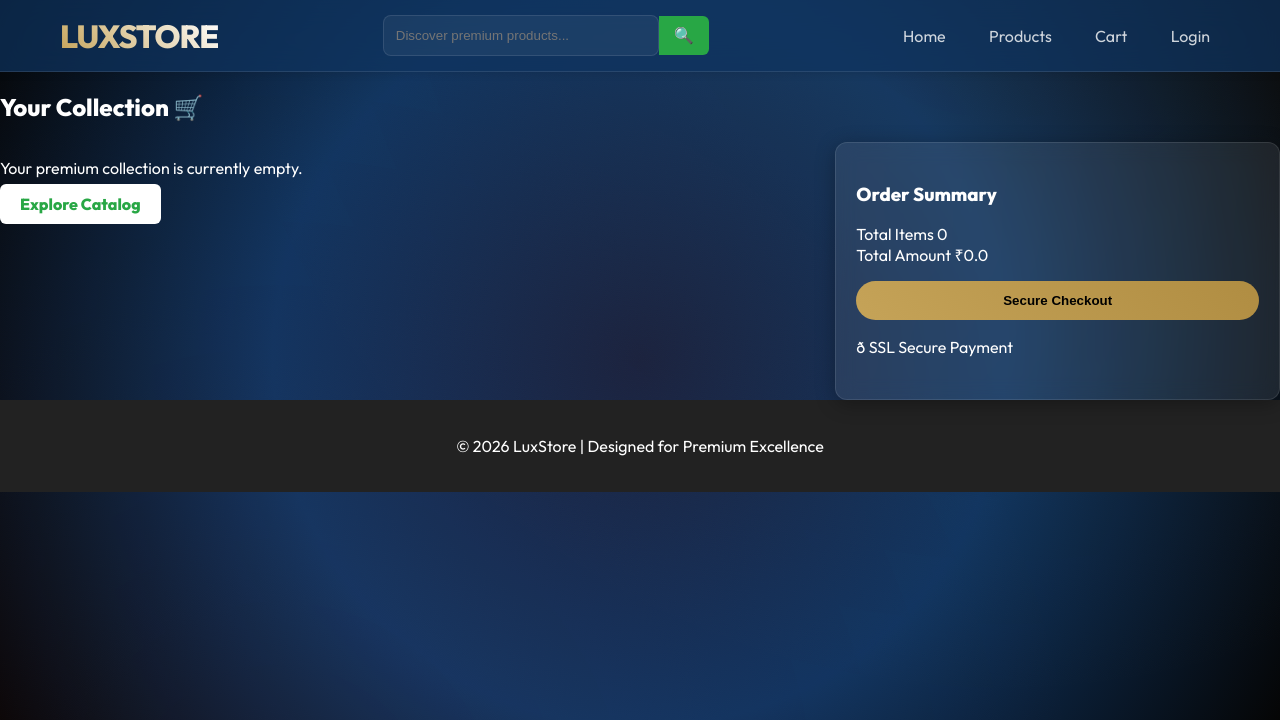
Repository: pradeepkumarh-17/Ecommerce
Page: http://localhost/EcomStore/cart
The author's editor kept a copy of each file at every save. The page is drawn from the files as they stood at one save, then again after the next save.
The browser window is 1280 px wide. The pictures show the whole page.
Some web libraries are served in a nearby version. The page is served by Tomcat 10. Other server files are loaded and not shown.

Above is the page before, as saved 2026-05-03 08:20:30.

### EcomStore/src/main/webapp/views/cart/cart.jsp
<%@ page import="java.util.*, com.ecommerce.dao.*, com.ecommerce.dao.impl.*, com.ecommerce.model.Product" %>
<%@ include file="../partials/header.jsp" %>

<link rel="stylesheet" href="/EcomStore/assets/css/cart.css">

<div class="container-3d">
    <div class="container">

    <h2 class="section-title">Your Collection &#128722;</h2>

    <div class="cart-layout">

        <!-- LEFT SIDE -->
        <div class="cart-items">

        <%
            Map<Integer, Integer> cart = (Map<Integer, Integer>) session.getAttribute("cart");
            ProductDAO dao = new ProductDAOImpl();
            double total = 0;

            if (cart != null && !cart.isEmpty()) {
                for (Map.Entry<Integer, Integer> entry : cart.entrySet()) {
                    int productId = entry.getKey();
                    int qty = entry.getValue();
                    Product p = dao.getProductById(productId);
                    double price = p.getPrice();
                    double sub = price * qty;
                    total += sub;
        %>

        <div class="cart-card glass-panel">

            <div class="cart-img-wrapper">
                <img src="<%= p.getImageUrl() %>" onerror="this.src='https://picsum.photos/100'">
            </div>

            <div class="cart-info">
                <h3><%= p.getName() %></h3>
                <p class="price">&#8377;<%= price %></p>
                <div class="qty-badge">Quantity: <span><%= qty %></span></div>
                <a class="remove-btn" href="/EcomStore/remove-item?id=<%= productId %>">Remove Item</a>
            </div>

            <div class="subtotal">
                <span class="label">Subtotal</span>
                <span class="value">&#8377;<%= sub %></span>
            </div>

        </div>

        <%
                }
            } else {
        %>

        <div class="empty-cart glass-panel">
            <p>Your premium collection is currently empty.</p>
            <a href="/EcomStore/product" class="btn">Explore Catalog</a>
        </div>

        <%
            }
        %>

        </div>

        <!-- RIGHT SIDE -->
        <div class="cart-summary glass-panel">

            <h3>Order Summary</h3>

            <div class="summary-details">
                <div class="summary-row">
                    <span>Total Items</span>
                    <span><%= (cart != null) ? cart.size() : 0 %></span>
                </div>
                <div class="summary-row total">
                    <span>Total Amount</span>
                    <span>&#8377;<%= total %></span>
                </div>
            </div>

            <a href="/EcomStore/checkout">
                <button class="cart-btn big-btn checkout-btn">Secure Checkout</button>
            </a>

            <div class="security-note">
                <p>🔒 SSL Secure Payment</p>
            </div>

        </div>

    </div>

    </div>
</div>

<%@ include file="../partials/footer.jsp" %>

### EcomStore/src/main/webapp/views/partials/header.jsp
<%@ page contentType="text/html; charset=UTF-8" %>

<!DOCTYPE html>
<html lang="en">
<head>
    <meta charset="UTF-8">
    <meta name="viewport" content="width=device-width, initial-scale=1.0">
    <title>LuxCommerce | Premium E-Store</title>

    <!-- Google Fonts -->
    <link rel="preconnect" href="https://fonts.googleapis.com">
    <link rel="preconnect" href="https://fonts.gstatic.com" crossorigin>
    <link href="https://fonts.googleapis.com/css2?family=Outfit:wght@300;400;600;800&display=swap" rel="stylesheet">

    <!-- ✅ CSS LINKS -->
    <link rel="stylesheet" href="<%= request.getContextPath() %>/assets/css/style.css">
    <link rel="stylesheet" href="<%= request.getContextPath() %>/assets/css/modern-ui.css">

    <!-- GSAP for Animations -->
    <script src="https://cdnjs.cloudflare.com/ajax/libs/gsap/3.12.2/gsap.min.js"></script>
    <script src="https://cdnjs.cloudflare.com/ajax/libs/gsap/3.12.2/ScrollTrigger.min.js"></script>
</head>

<body>

<header class="header">
    <div class="logo">LUX<span>STORE</span></div>

    <div class="search-bar">
        <form action="<%= request.getContextPath() %>/product" method="GET">
            <input type="text" name="search" placeholder="Discover premium products...">
            <button type="submit">🔍</button>
        </form>
    </div>

    <nav class="nav-links">
        <a href="<%= request.getContextPath() %>/views/user/home.jsp">Home</a>
        <a href="<%= request.getContextPath() %>/product">Products</a>
        <a href="<%= request.getContextPath() %>/cart">Cart</a>
        <a href="<%= request.getContextPath() %>/login" class="login-btn">Login</a>
    </nav>
</header>

### EcomStore/src/main/webapp/views/partials/footer.jsp
<footer class="footer">
    <div class="footer-content">
        <p>&copy; 2026 LuxStore | Designed for Premium Excellence</p>
    </div>
</footer>

<!-- Modern UI Logic -->
<script src="<%= request.getContextPath() %>/assets/js/modern-ui.js"></script>

</body>
</html>

### EcomStore/src/main/java/com/ecommerce/controller/CartController.java
package com.ecommerce.controller;

import jakarta.servlet.*;
import jakarta.servlet.http.*;
import jakarta.servlet.annotation.WebServlet;
import java.io.IOException;
import java.util.*;

@WebServlet("/cart")
public class CartController extends HttpServlet {

    // ================= VIEW CART =================
    protected void doGet(HttpServletRequest req, HttpServletResponse res)
            throws ServletException, IOException {

        HttpSession session = req.getSession();

        Map<Integer, Integer> cart =
                (Map<Integer, Integer>) session.getAttribute("cart");

        if (cart == null) {
            cart = new HashMap<>();
        }

        req.setAttribute("cartItems", cart);

        RequestDispatcher rd = req.getRequestDispatcher("views/cart/cart.jsp");
        rd.forward(req, res);
    }

    // ================= ADD TO CART =================
    protected void doPost(HttpServletRequest req, HttpServletResponse res)
            throws ServletException, IOException {

        int productId = Integer.parseInt(req.getParameter("productId"));

        HttpSession session = req.getSession();

        Map<Integer, Integer> cart =
                (Map<Integer, Integer>) session.getAttribute("cart");

        if (cart == null) {
            cart = new HashMap<>();
        }

        // 👉 Increase quantity
        cart.put(productId, cart.getOrDefault(productId, 0) + 1);

        session.setAttribute("cart", cart);

        System.out.println("Cart Updated: " + cart);

        res.sendRedirect("/EcomStore/product");
    }
}

### EcomStore/src/main/java/com/ecommerce/dao/impl/ProductDAOImpl.java
package com.ecommerce.dao.impl;

import com.ecommerce.dao.ProductDAO;
import com.ecommerce.model.Product;
import com.ecommerce.util.DBConnection;

import java.sql.*;
import java.util.ArrayList;
import java.util.List;

public class ProductDAOImpl implements ProductDAO {

    // ================= GET ALL =================
    @Override
    public List<Product> getAllProducts() {

        List<Product> list = new ArrayList<>();

        Connection con = DBConnection.getConnection();

        if (con == null) {
            System.out.println("❌ Connection is NULL in getAllProducts()");
            return list; // return empty list safely
        }

        try (Statement st = con.createStatement();
             ResultSet rs = st.executeQuery("SELECT * FROM products")) {

            while (rs.next()) {
                list.add(mapProduct(rs));
            }

        } catch (Exception e) {
            e.printStackTrace();
        }

        return list;
    }

    // ================= CATEGORY =================
    @Override
    public List<Product> getProductsByCategory(int categoryId) {

        List<Product> list = new ArrayList<>();

        Connection con = DBConnection.getConnection();

        if (con == null) {
            System.out.println("❌ Connection is NULL in getProductsByCategory()");
            return list;
        }

        try (PreparedStatement ps = con.prepareStatement(
                "SELECT * FROM products WHERE category_id = ?")) {

            ps.setInt(1, categoryId);
            ResultSet rs = ps.executeQuery();

            while (rs.next()) {
                list.add(mapProduct(rs));
            }

        } catch (Exception e) {
            e.printStackTrace();
        }

        return list;
    }

    // ================= BY ID =================
    @Override
    public Product getProductById(int productId) {

        Connection con = DBConnection.getConnection();

        if (con == null) {
            System.out.println("❌ Connection is NULL in getProductById()");
            return null;
        }

        try (PreparedStatement ps = con.prepareStatement(
                "SELECT * FROM products WHERE product_id = ?")) {

            ps.setInt(1, productId);
            ResultSet rs = ps.executeQuery();

            if (rs.next()) {
                return mapProduct(rs);
            }

        } catch (Exception e) {
            e.printStackTrace();
        }

        return null;
    }

    // ================= FILTER =================
    @Override
    public List<Product> filterProducts(String search, String category, String gender, String price) {

        List<Product> list = new ArrayList<>();

        Connection con = DBConnection.getConnection();

        if (con == null) {
            System.out.println("❌ Connection is NULL in filterProducts()");
            return list;
        }

        StringBuilder query = new StringBuilder("SELECT * FROM products WHERE 1=1");

        if (search != null && !search.isEmpty()) {
            query.append(" AND product_name LIKE ?");
        }

        if (category != null && !category.isEmpty()) {
            query.append(" AND category_id = ?");
        }

        if (gender != null && !gender.isEmpty()) {
            query.append(" AND gender = ?");
        }

        if ("1".equals(price)) {
            query.append(" AND price < 500");
        } else if ("2".equals(price)) {
            query.append(" AND price BETWEEN 500 AND 1500");
        } else if ("3".equals(price)) {
            query.append(" AND price > 1500");
        }

        try (PreparedStatement ps = con.prepareStatement(query.toString())) {

            int index = 1;

            if (search != null && !search.isEmpty()) {
                ps.setString(index++, "%" + search + "%");
            }

            if (category != null && !category.isEmpty()) {
                ps.setInt(index++, Integer.parseInt(category));
            }

            if (gender != null && !gender.isEmpty()) {
                ps.setString(index++, gender);
            }

            ResultSet rs = ps.executeQuery();

            while (rs.next()) {
                list.add(mapProduct(rs));
            }

        } catch (Exception e) {
            e.printStackTrace();
        }

        return list;
    }

    // ================= MAPPER =================
    private Product mapProduct(ResultSet rs) throws SQLException {

        Product p = new Product();

        p.setProductId(rs.getInt("product_id"));
        p.setName(rs.getString("product_name"));
        p.setPrice(rs.getDouble("price"));
        p.setImageUrl(rs.getString("image_url"));

        return p;
    }
}

### EcomStore/src/main/webapp/assets/css/style.css
/* ================= GLOBAL ================= */
body {
    margin: 0;
    font-family: 'Segoe UI', sans-serif;
    background: #8080ff;
}

/* ================= HEADER ================= */
.header {
    display: flex;
    justify-content: space-between;
    align-items: center;
    padding: 15px 40px;
    background: white;
    box-shadow: 0 2px 8px rgba(0,0,0,0.1);
}

.logo {
    font-size: 26px;
    font-weight: bold;
    color: #28a745;
}

/* SEARCH BAR FIX */
.search-bar form {
    display: flex;
    align-items: center;
}

.search-bar input {
    padding: 10px;
    width: 250px;
    border: 1px solid #ddd;
    border-radius: 6px 0 0 6px;
    outline: none;
}

.search-bar button {
    padding: 10px 15px;
    border: none;
    background: #28a745;
    color: white;
    border-radius: 0 6px 6px 0;
    cursor: pointer;
    font-size: 16px;
}

/* NAV */
.nav-links a {
    margin-left: 20px;
    text-decoration: none;
    color: #333;
    font-weight: 500;
}

.nav-links a:hover {
    color: #28a745;
}

/* ================= HERO ================= */
.hero {
    background: linear-gradient(rgba(0,0,0,0.4), rgba(0,0,0,0.4)),
    url("/EcomStore/assets/images/download(3).jpeg");

    background-size: cover;
    background-position: center;
    background-repeat: no-repeat;

    height: 320px;
    margin: 20px;
    border-radius: 15px;

    display: flex;
    justify-content: center;
    align-items: center;
    text-align: center;
    color: #ff8040;
}

.hero h1 {
    font-size: 42px;
    margin-bottom: 12px;
    justify-content: center;
    align-items: center;
    text-align: center;
    color: #ff8000;

}

.hero p {
    font-size: 18px;
}

.btn {
    padding: 10px 20px;
    background: white;
    color: #28a745;
    border-radius: 6px;
    text-decoration: none;
    font-weight: bold;
}

/* ================= CATEGORY ================= */
.categories {
    padding: 40px 0;
    text-align: center;
}

.category-grid {
    display: flex;
    justify-content: center;
    gap: 25px;
    margin-top: 20px;
}

.category-card {
    background: white;
    padding: 15px 30px;
    border-radius: 12px;
    text-decoration: none;
    color: #333;
    font-weight: 500;
    box-shadow: 0 4px 10px rgba(0,0,0,0.1);
    transition: 0.3s;
}

.category-card:hover {
    background: #28a745;
    color: white;
    transform: translateY(-5px);
}

/* ================= PRODUCTS ================= */
.products {
    padding: 30px;
}

.product-grid {
    display: grid;
    grid-template-columns: repeat(auto-fit, minmax(220px, 1fr));
    gap: 25px;
}

/* CARD */
.product-card {
    background: white;
    padding: 15px;
    border-radius: 12px;
    text-align: center;
    box-shadow: 0 4px 12px rgba(0,0,0,0.1);
    transition: 0.3s;
}

/* HOVER EFFECT */
.product-card:hover {
    transform: translateY(-8px) scale(1.03);
    box-shadow: 0 12px 25px rgba(0,0,0,0.2);
}

/* IMAGE */
.product-card img {
    width: 100%;
    height: 180px;
    object-fit: cover;
    border-radius: 10px;
}

/* TEXT */
.product-card h3 {
    margin: 10px 0;
    font-size: 16px;
}

/* PRICE */
.price {
    color: #28a745;
    font-weight: bold;
    margin-bottom: 10px;
}

/* BUTTON */
.cart-btn {
    background: #28a745;
    color: white;
    border: none;
    padding: 10px;
    width: 100%;
    border-radius: 6px;
    cursor: pointer;
    transition: 0.3s;
}

.cart-btn:hover {
    background: #218838;
}

/* ================= FOOTER ================= */
.footer {
    text-align: center;
    padding: 20px;
    background: #222;
    color: white;
}

/* ================= RESPONSIVE ================= */
@media (max-width: 768px) {
    .search-bar input {
        width: 150px;
    }

    .category-grid {
        flex-wrap: wrap;
    }
}

### EcomStore/src/main/webapp/assets/css/modern-ui.css
:root {
    --primary: #c5a358; /* Gold accent */
    --secondary: #1a1a2e; /* Deep dark blue */
    --accent: #e94560; /* Vibrant pink/red */
    --bg-dark: #0f3460;
    --glass: rgba(255, 255, 255, 0.05);
    --glass-border: rgba(255, 255, 255, 0.1);
    --glass-text: rgba(255, 255, 255, 0.8);
    --shadow-3d: 0 20px 40px rgba(0,0,0,0.4), 0 10px 10px rgba(0,0,0,0.2);
    --transition-fast: 0.3s cubic-bezier(0.4, 0, 0.2, 1);
    --transition-slow: 0.6s cubic-bezier(0.4, 0, 0.2, 1);
}

@import url('https://fonts.googleapis.com/css2?family=Outfit:wght@300;400;600;800&display=swap');

body {
    margin: 0;
    font-family: 'Outfit', sans-serif;
    background: #050505;
    color: #fff;
    overflow-x: hidden;
    scroll-behavior: smooth;
}

/* Animated Gradient Background */
.bg-animation {
    position: fixed;
    top: 0;
    left: 0;
    width: 100%;
    height: 100%;
    background: radial-gradient(circle at 50% 50%, #16213e 0%, #0f3460 50%, #050505 100%);
    z-index: -1;
    overflow: hidden;
}

.bg-animation::after {
    content: '';
    position: absolute;
    top: -50%;
    left: -50%;
    width: 200%;
    height: 200%;
    background: radial-gradient(circle at 30% 30%, rgba(197, 163, 88, 0.05) 0%, transparent 40%),
                radial-gradient(circle at 70% 70%, rgba(233, 69, 96, 0.05) 0%, transparent 40%);
    animation: rotateBG 20s linear infinite;
}

@keyframes rotateBG {
    0% { transform: rotate(0deg); }
    100% { transform: rotate(360deg); }
}

/* 3D Perspective Container */
.container-3d {
    perspective: 1000px;
}

/* Glassmorphism Header */
.header {
    background: rgba(15, 52, 96, 0.7) !important;
    backdrop-filter: blur(15px);
    border-bottom: 1px solid var(--glass-border);
    position: sticky;
    top: 0;
    z-index: 1000;
    padding: 15px 60px !important;
    transition: var(--transition-fast);
}

.header.scrolled {
    padding: 10px 60px !important;
    background: rgba(15, 52, 96, 0.9) !important;
}

.logo {
    font-size: 32px !important;
    background: linear-gradient(45deg, var(--primary), #fff);
    -webkit-background-clip: text;
    background-clip: text;
    -webkit-text-fill-color: transparent;
    font-weight: 800 !important;
    letter-spacing: -1px;
}

.nav-links a {
    color: var(--glass-text) !important;
    position: relative;
    font-weight: 400 !important;
    padding: 5px 10px;
    border-radius: 5px;
    transition: var(--transition-fast);
}

.nav-links a::after {
    content: '';
    position: absolute;
    bottom: 0;
    left: 50%;
    width: 0;
    height: 2px;
    background: var(--primary);
    transition: var(--transition-fast);
    transform: translateX(-50%);
}

.nav-links a:hover {
    color: #fff !important;
}

.nav-links a:hover::after {
    width: 80%;
}

/* 3D Glass Product Card */
.product-card {
    background: var(--glass) !important;
    backdrop-filter: blur(10px);
    border: 1px solid var(--glass-border) !important;
    border-radius: 20px !important;
    padding: 20px !important;
    transform-style: preserve-3d;
    transition: transform 0.5s cubic-bezier(0.23, 1, 0.32, 1), box-shadow 0.5s ease !important;
    position: relative;
}

.product-card:hover {
    transform: translateY(-10px) rotateX(5deg) rotateY(-5deg) !important;
    box-shadow: 0 30px 60px rgba(0,0,0,0.6) !important;
    border-color: var(--primary) !important;
}

.product-card img {
    border-radius: 15px !important;
    transform: translateZ(20px);
    transition: var(--transition-fast);
    box-shadow: 0 10px 20px rgba(0,0,0,0.3);
}

.product-card h3 {
    color: #fff !important;
    transform: translateZ(30px);
    margin: 15px 0 5px 0 !important;
}

.product-card .price {
    color: var(--primary) !important;
    transform: translateZ(25px);
    font-size: 20px !important;
}

.cart-btn {
    background: linear-gradient(45deg, var(--primary), #b08d42) !important;
    border: none !important;
    border-radius: 30px !important;
    color: #000 !important;
    font-weight: 700 !important;
    padding: 12px !important;
    margin-top: 15px !important;
    transform: translateZ(40px);
    transition: var(--transition-fast) !important;
    cursor: pointer;
}

.cart-btn:hover {
    background: #fff !important;
    transform: translateZ(50px) scale(1.05) !important;
    box-shadow: 0 0 20px var(--primary);
}

/* Hero Section Enhancement */
.hero {
    height: 450px !important;
    border-radius: 30px !important;
    position: relative;
    overflow: hidden;
    background: none !important;
    border: 1px solid var(--glass-border);
}

.hero::before {
    content: '';
    position: absolute;
    top: 0;
    left: 0;
    width: 100%;
    height: 100%;
    background: linear-gradient(rgba(0,0,0,0.2), rgba(0,0,0,0.8)), url('https://images.unsplash.com/photo-1441986300917-64674bd600d8?ixlib=rb-1.2.1&auto=format&fit=crop&w=1350&q=80');
    background-size: cover;
    background-position: center;
    z-index: -1;
    transition: transform 5s ease;
}

.hero:hover::before {
    transform: scale(1.1);
}

.hero h1 {
    font-size: 64px !important;
    color: #fff !important;
    text-shadow: 0 10px 20px rgba(0,0,0,0.5);
    margin-bottom: 20px !important;
}

.hero .btn {
    background: var(--primary) !important;
    color: #000 !important;
    padding: 15px 40px !important;
    border-radius: 50px !important;
    font-size: 18px !important;
    box-shadow: 0 10px 20px rgba(197, 163, 88, 0.3);
}

/* Category Cards */
.category-card {
    background: var(--glass) !important;
    border: 1px solid var(--glass-border) !important;
    color: #fff !important;
    border-radius: 15px !important;
    padding: 20px 40px !important;
    transition: var(--transition-fast) !important;
}

.category-card:hover {
    background: var(--primary) !important;
    color: #000 !important;
    transform: scale(1.1) rotate(2deg) !important;
}

/* Forms */
input, select, textarea {
    background: rgba(255,255,255,0.05) !important;
    border: 1px solid var(--glass-border) !important;
    color: #fff !important;
    border-radius: 8px !important;
    padding: 12px !important;
    transition: var(--transition-fast);
}

input:focus {
    border-color: var(--primary) !important;
    background: rgba(255,255,255,0.1) !important;
    box-shadow: 0 0 15px rgba(197, 163, 88, 0.2);
    outline: none;
}

/* Premium Scrollbar */
::-webkit-scrollbar {
    width: 8px;
}

::-webkit-scrollbar-track {
    background: #050505;
}

::-webkit-scrollbar-thumb {
    background: var(--primary);
    border-radius: 10px;
}

::-webkit-scrollbar-thumb:hover {
    background: #fff;
}

### EcomStore/src/main/webapp/assets/css/cart.css
@charset "UTF-8";

/* MAIN CONTAINER */
.cart-container {
    padding: 30px;
    color: #f1f1f1; /* 🔥 text visible on dark bg */
}

.cart-layout {
    display: flex;
    gap: 30px;
}

.cart-items {
    flex: 2;
}

/* CART CARD */
.cart-card {
    display: flex;
    align-items: center;
    gap: 20px;

    background: rgba(255, 255, 255, 0.08); /* 🔥 glass effect */
    backdrop-filter: blur(10px);

    padding: 15px;
    border-radius: 12px;
    margin-bottom: 15px;

    border: 1px solid rgba(255,255,255,0.1);
    box-shadow: 0 4px 20px rgba(0,0,0,0.3);
}

.cart-card img {
    width: 100px;
    border-radius: 10px;
}

/* TEXT FIX */
.cart-info h3 {
    margin: 0;
    color: #ffffff; /* 🔥 visible */
}

/* PRICE */
.price {
    color: #00ff9d; /* 🔥 neon premium green */
    font-weight: bold;
}

/* REMOVE BUTTON */
.remove-btn {
    color: #ff4d4d;
    text-decoration: none;
    font-size: 14px;
}

.remove-btn:hover {
    text-decoration: underline;
}

/* SUBTOTAL */
.subtotal {
    margin-left: auto;
    font-weight: bold;
    color: #ffffff;
}

/* RIGHT SIDE */
.cart-summary {
    flex: 1;

    background: rgba(255, 255, 255, 0.08); /* 🔥 same theme */
    backdrop-filter: blur(10px);

    padding: 20px;
    border-radius: 12px;
    height: fit-content;

    border: 1px solid rgba(255,255,255,0.1);
    box-shadow: 0 4px 20px rgba(0,0,0,0.3);

    color: #ffffff;
}

/* CHECKOUT BUTTON */
.checkout-btn {
    width: 100%;
    padding: 14px;

    background: linear-gradient(135deg, #c9a34e, #b8933c); /* 🔥 premium gold */
    color: black;

    border: none;
    border-radius: 30px;
    cursor: pointer;
    margin-top: 15px;

    font-weight: bold;
    transition: 0.3s;
}

.checkout-btn:hover {
    transform: scale(1.05);
    box-shadow: 0 0 15px rgba(201,163,78,0.6);
}

Loaded but not shown: EcomStore/src/main/webapp/assets/js/modern-ui.js (103 lines, source omitted)

After the next save:
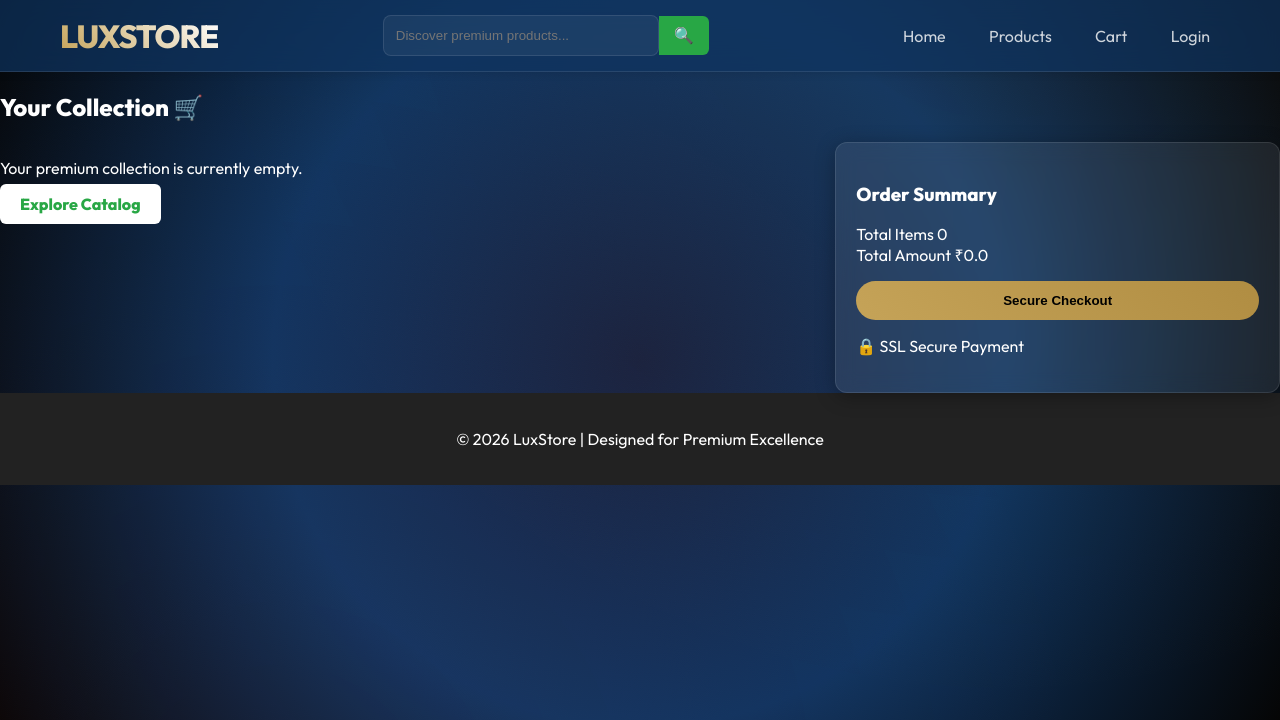
Saved 93 s later.
--- a/EcomStore/src/main/webapp/views/cart/cart.jsp
+++ b/EcomStore/src/main/webapp/views/cart/cart.jsp
@@ -85,7 +85,7 @@
             </a>
 
             <div class="security-note">
-                <p>🔒 SSL Secure Payment</p>
+                <p>&#x1F512; SSL Secure Payment</p>
             </div>
 
         </div>
